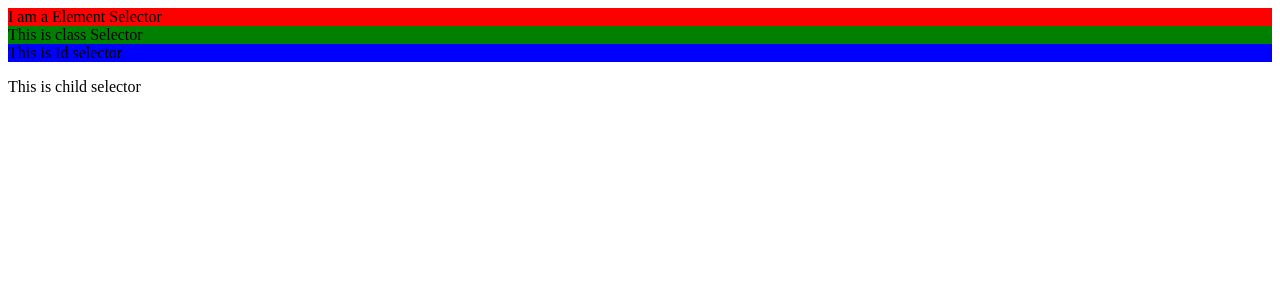
Repository: diensy/Web_dev
Page: first.css/selector.html
The author's editor kept a copy of each file at every save. The page is drawn from the files as they stood at one save, then again after a run of saves.
The browser window is 1280 px wide. The pictures show the whole page.

Above is the page before, as saved 2024-05-17 23:22:14.

After the next 2 saves:
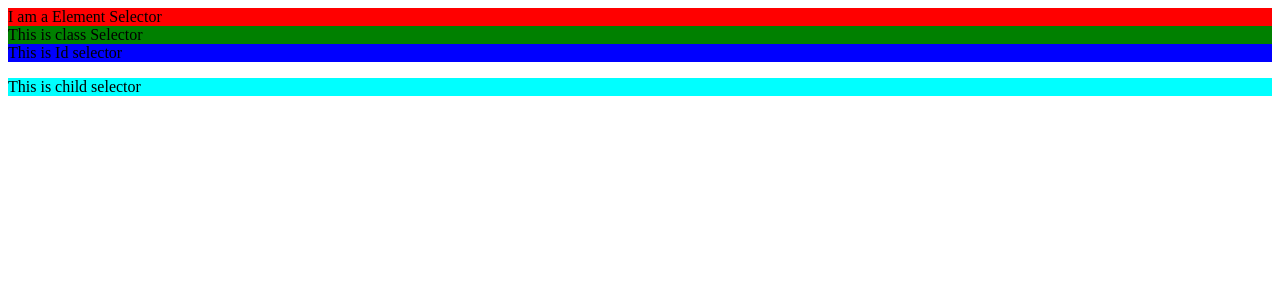
The 2 saves are shown as one change because they came seconds apart.
The last was saved 13 s later.
--- a/first.css/selector.html
+++ b/first.css/selector.html
@@ -18,8 +18,8 @@
         background-color: blue;
       }
       /* Child selector */
-      span>p{
-
+      span > p {
+        background-color: aqua;
       }
     </style>
   </head>
